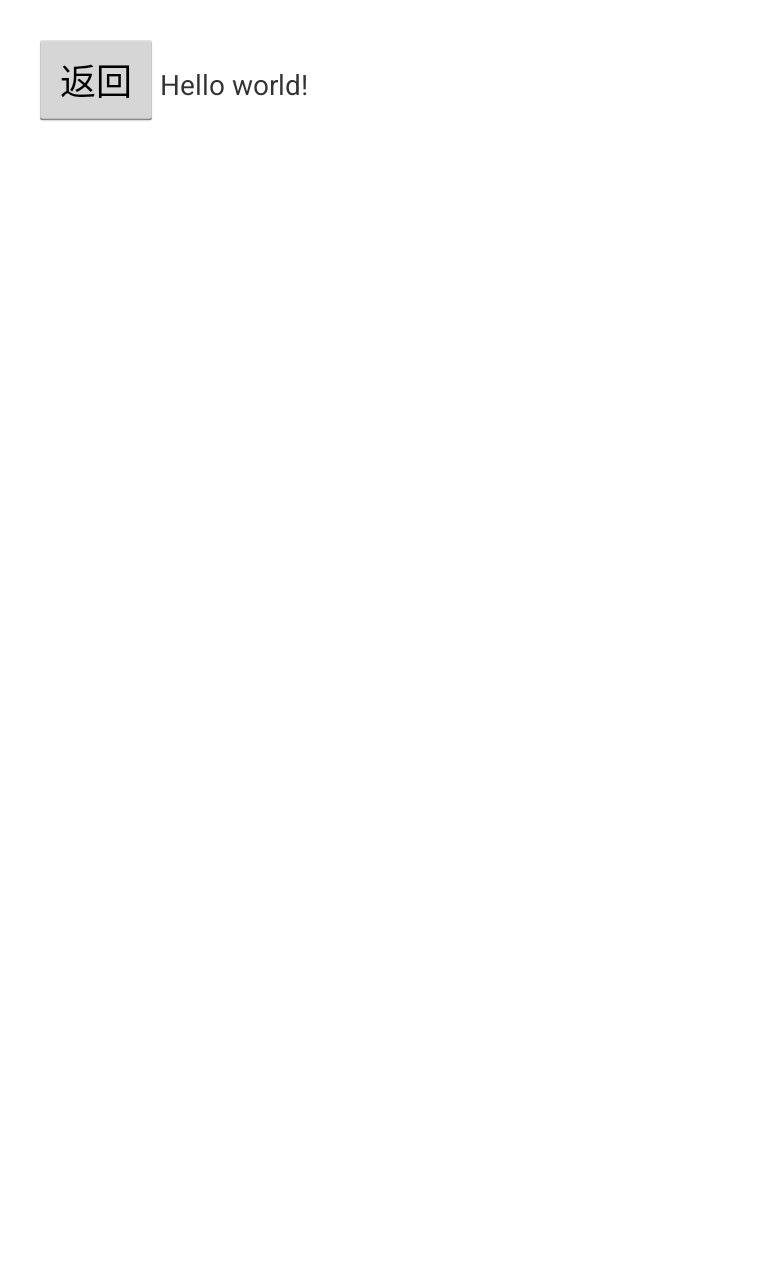
Repository: jinpp/Android
Layout: UICustomViews/res/layout/activity_main.xml
The author's editor kept a copy of each file at every save. The layout is drawn from the files as they stood at one save, then again after the next save.
It is drawn on a 768 x 1280 px phone screen (xhdpi) without system bars, with theme AppTheme; the app's code is not run.

Above is the layout before, as saved 2016-11-17 02:28:26.

### UICustomViews/res/layout/activity_main.xml
<LinearLayout xmlns:android="http://schemas.android.com/apk/res/android"
    xmlns:tools="http://schemas.android.com/tools"
    android:layout_width="match_parent"
    android:layout_height="match_parent"
    android:paddingBottom="@dimen/activity_vertical_margin"
    android:paddingLeft="@dimen/activity_horizontal_margin"
    android:paddingRight="@dimen/activity_horizontal_margin"
    android:paddingTop="@dimen/activity_vertical_margin"
    tools:context=".MainActivity" >
    <Button
        android:id="@+id/button"
        android:layout_width="wrap_content"
        android:layout_height="wrap_content"
        android:text="返回" />
    <TextView
        android:layout_width="wrap_content"
        android:layout_height="wrap_content"
        android:text="@string/hello_world" />
    <Button />
</LinearLayout>

### UICustomViews/res/values/strings.xml
<?xml version="1.0" encoding="utf-8"?>
<resources>

    <string name="app_name">UICustomViews</string>
    <string name="action_settings">Settings</string>
    <string name="hello_world">Hello world!</string>

</resources>

Loaded but not shown: UICustomViews/res/values/styles.xml (common file); UICustomViews/res/values-v11/styles.xml (common file); UICustomViews/res/values-v14/styles.xml (common file); UICustomViews/res/values/dimens.xml (common file)

After the next save:
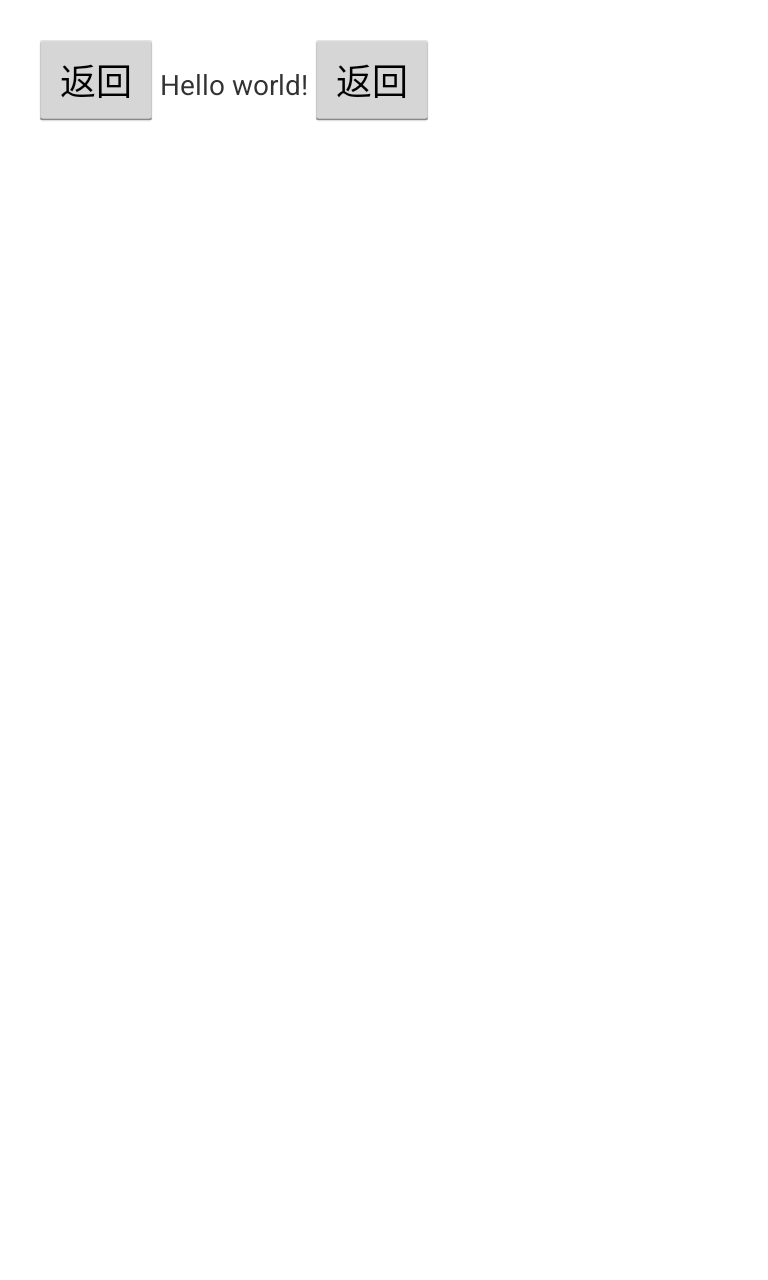
Saved 5 s later.
--- a/UICustomViews/res/layout/activity_main.xml
+++ b/UICustomViews/res/layout/activity_main.xml
@@ -16,5 +16,9 @@
         android:layout_width="wrap_content"
         android:layout_height="wrap_content"
         android:text="@string/hello_world" />
-    <Button />
+    <Button
+      android:id="@+id/button"
+        android:layout_width="wrap_content"
+        android:layout_height="wrap_content"
+        android:text="返回" />
 </LinearLayout>
